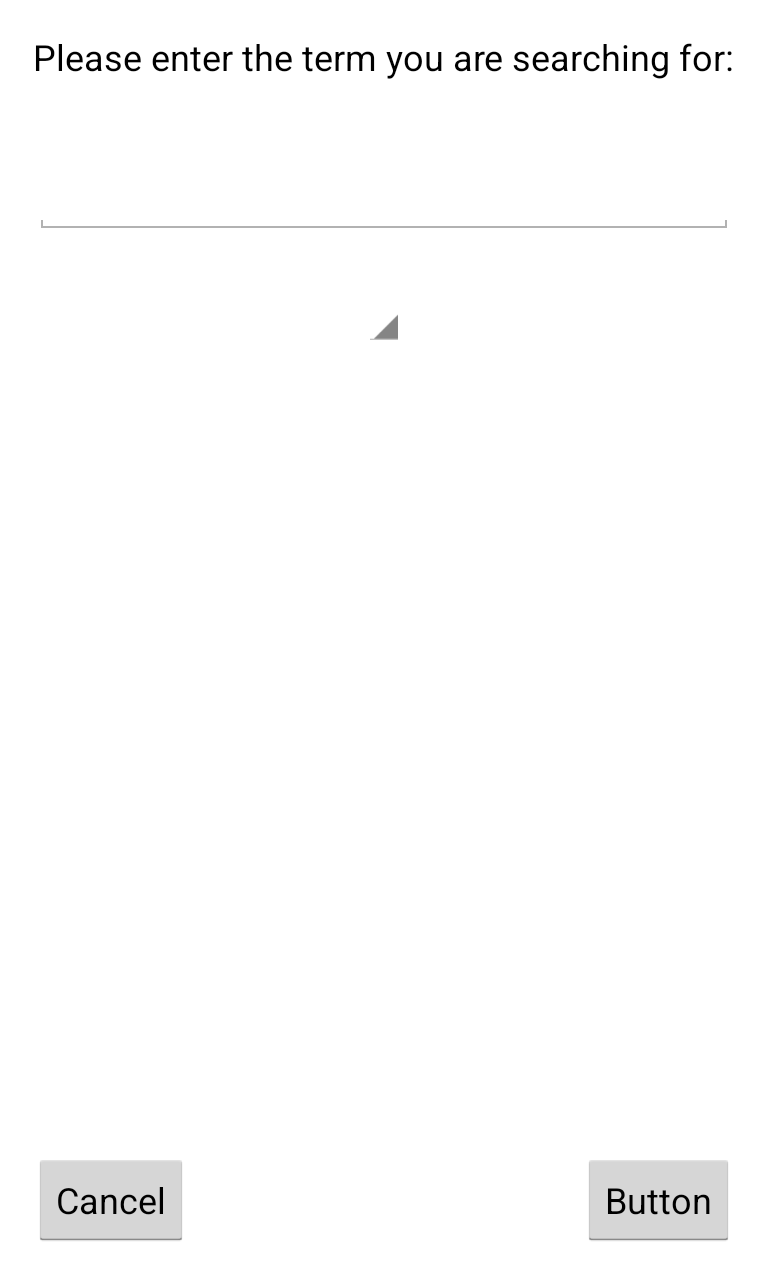
Repository: seth-skocelas/PHMS
Layout: PHMS/res/layout/activity_search.xml
An editor plug-in stored every save of this project. The layout is shown before and after a run of saves, followed by the edit.
It is drawn on a 768 x 1280 px phone screen (xhdpi) without system bars, with theme AppTheme; the app's code is not run.

Above is the layout before, as saved 2014-04-07 04:50:50.

### PHMS/res/layout/activity_search.xml
<RelativeLayout xmlns:android="http://schemas.android.com/apk/res/android"
    xmlns:tools="http://schemas.android.com/tools"
    android:layout_width="match_parent"
    android:layout_height="match_parent"
    android:paddingBottom="@dimen/activity_vertical_margin"
    android:paddingLeft="@dimen/activity_horizontal_margin"
    android:paddingRight="@dimen/activity_horizontal_margin"
    android:paddingTop="@dimen/activity_vertical_margin"
    tools:context=".SearchActivity" >

    <TextView
        android:id="@+id/textView1"
        android:layout_width="wrap_content"
        android:layout_height="wrap_content"
        android:layout_alignParentTop="true"
        android:layout_centerHorizontal="true"
        android:text="@string/searchInstructions"
        android:textAppearance="?android:attr/textAppearanceMedium" />

    <EditText
        android:id="@+id/editText1"
        android:layout_width="wrap_content"
        android:layout_height="wrap_content"
        android:layout_alignLeft="@+id/textView1"
        android:layout_alignRight="@+id/textView1"
        android:layout_below="@+id/textView1"
        android:layout_marginTop="38dp"
        android:ems="10" />

    <Button
        android:id="@+id/button1"
        android:layout_width="wrap_content"
        android:layout_height="wrap_content"
        android:layout_alignParentBottom="true"
        android:layout_alignParentLeft="true"
        android:text="@string/cancel" />

    <Button
        android:id="@+id/button2"
        android:layout_width="wrap_content"
        android:layout_height="wrap_content"
        android:layout_alignParentBottom="true"
        android:layout_alignParentRight="true"
        android:text="Button" />

    <Spinner
        android:id="@+id/spinner1"
        android:layout_width="wrap_content"
        android:layout_height="wrap_content"
        android:layout_below="@+id/editText1"
        android:layout_centerHorizontal="true"
        android:layout_marginTop="24dp" />

</RelativeLayout>

### PHMS/res/values/strings.xml
<?xml version="1.0" encoding="utf-8"?>
<resources>

    <string name="app_name">PHMS</string>
    <string name="hello_world">Hello world!</string>
    <string name="action_settings">Settings</string>
    <string name="welcome">Welcome to the Personal Health Monitoring System!</string>
    <string name="password">Password</string>
    <string name="options">Please login or register:</string>
    <string name="login">Login</string>
    <string name="register">Register</string>
    <string name="recover">Recover</string>
    <string name="title_activity_register">Register</string>
    <string name="firstname">First Name:</string>
    <string name="lastname">Last Name:</string>
    <string name="username">Username:</string>
    <string name="cancel">Cancel</string>
    <string name="email">Email Address:</string>
    <string name="phone">Phone Number:</string>
    <string name="height">Height: (ft)</string>
    <string name="inches">(in)</string>
    <string name="weight">Weight:</string>
    <string name="age">Age:</string>
    <string name="docemail">Doctor\'s Email:</string>
    <string name="gender">Gender:</string>
    <string name="security">Security Question: What is your mother\'s maiden name?</string>
    <string name="recoQuestion">Please enter your account email:</string>
    <string name="recoInfo">If there is an account on file with this email, an email will be sent out
	    					that will allow you to reset your password</string>
    <string name="title_activity_recover">Recover</string>
    <string name="ok">OK</string>
    <string name="dialog_message">Test</string>
    <string name="dialog_title">Test</string>
    <string name="title_activity_main_menu">MainMenuActivity</string>
    <string name="vital_signs">Vital Signs</string>
    <string name="medications">Medications</string>
    <string name="main_menu">Main Menu</string>
    <string name="diet_management">Diet Management</string>
    <string name="upcoming_events">Upcoming Events</string>
    <string name="search_app">Search the App</string>
    <string name="edit_acct">Edit Account</string>
    <string name="logout">Log Out</string>
    <string name="title_activity_medication">Medication</string>
    <string name="title_activity_diet">DietActivity</string>
    <string name="medInstructions">Select a medication to edit:</string>
    <string name="add">Add</string>
    <string name="ret">Return</string>
    <string name="title_activity_add_medication">AddMedicationActivity</string>
    <string name="addMedInstructions">Please fill in all the fields:</string>
    <string name="name">Name:</string>
    <string name="datetime">Date/Time:</string>
    <string name="conflictions">Conflictions:</string>
    <string name="dosage">Dosage (Amount):</string>
    <string name="unit">Unit:</string>
    <string name="save">Save</string>
    <string name="title_activity_search">SearchActivity</string>
    <string name="searchInstructions">Please enter the term you are searching for:</string>
    <string name="search">Search</string>
    <string-array name="searchchoices">
        <item>Ad-Hoc</item>
        <item>Diet</item>
        <item>Vital Signs</item>
        <item>Medications</item>
        <item>Google Search</item>
    </string-array>

</resources>

Loaded but not shown: PHMS/res/values/styles.xml (common file); PHMS/res/values-v11/styles.xml (common file); PHMS/res/values-v14/styles.xml (common file); PHMS/res/values/dimens.xml (common file); PHMS/res/values-w820dp/dimens.xml (common file)

After the next 2 saves:
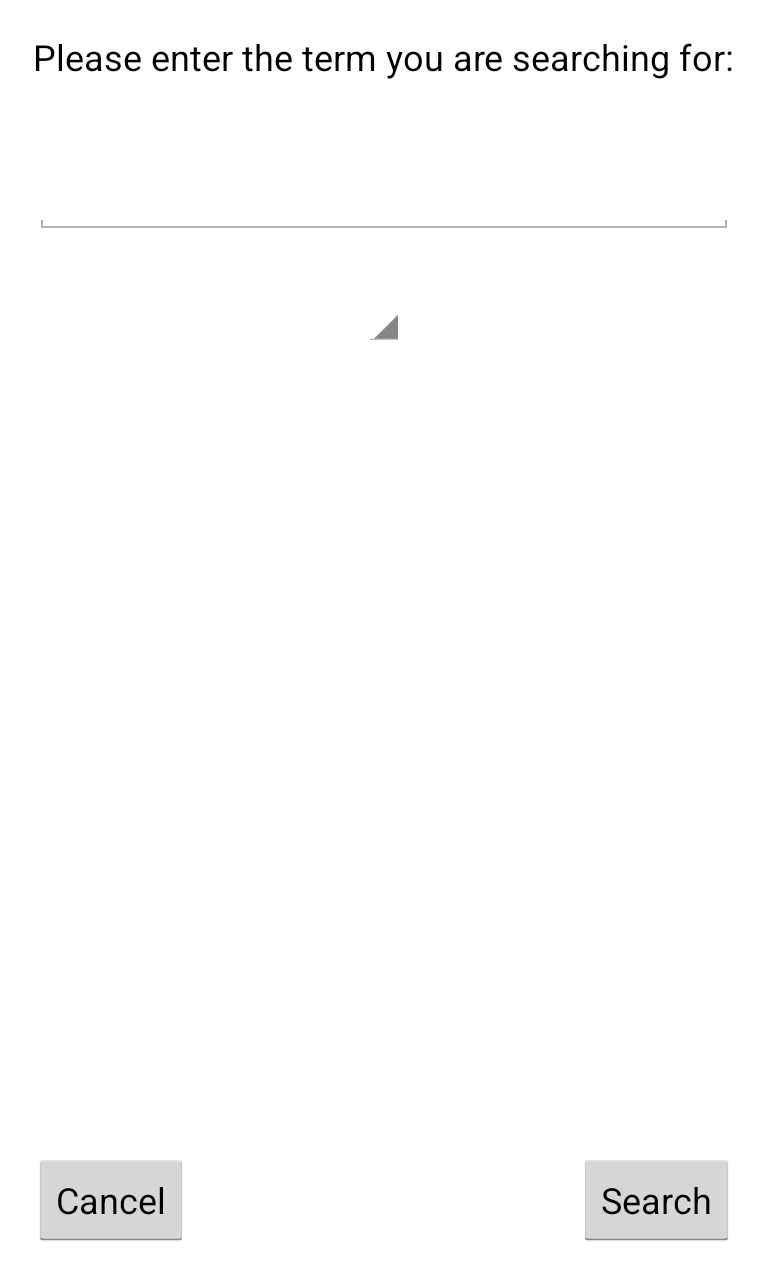
The 2 saves are shown as one change because 1 did not build or start.
The last was saved 58 s later.
--- a/PHMS/res/layout/activity_search.xml
+++ b/PHMS/res/layout/activity_search.xml
@@ -41,7 +41,7 @@
         android:layout_height="wrap_content"
         android:layout_alignParentBottom="true"
         android:layout_alignParentRight="true"
-        android:text="Button" />
+        android:text="@string/search" />
 
     <Spinner
         android:id="@+id/spinner1"
